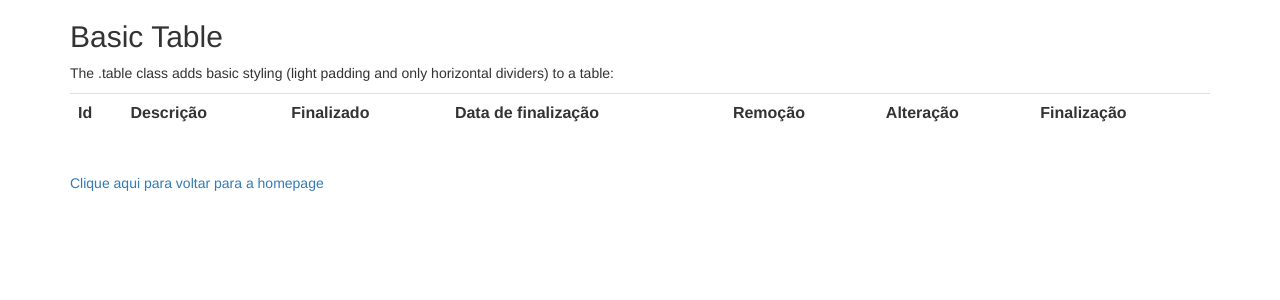
Repository: engcarlosrosa/ChatInsper
Page: http://localhost/handout15/listaTarefas
The author's editor kept a copy of each file at every save. The page is drawn from the files as they stood at one save, then again after the next save.
The browser window is 1280 px wide. The pictures show the whole page.
The page is served by Tomcat 9. Queries for data that is not in the repository find no rows.

Above is the page before, as saved 2016-10-25 21:19:48.

After the next save:
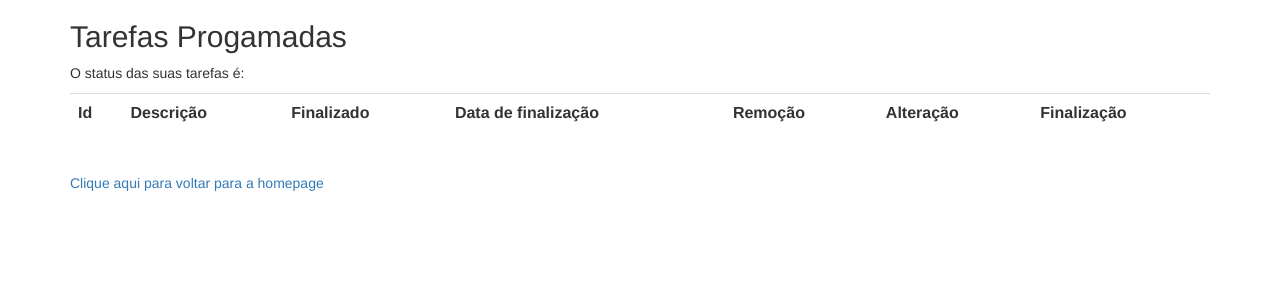
Saved 2 min 22 s later.
--- a/handout15/WebContent/WEB-INF/views/lista.jsp
+++ b/handout15/WebContent/WEB-INF/views/lista.jsp
@@ -14,8 +14,8 @@
 <body>
 
 <div class="container">
-  <h2>Basic Table</h2>
-  <p>The .table class adds basic styling (light padding and only horizontal dividers) to a table:</p>
+  <h2>Tarefas Progamadas</h2>
+  <p>O status das suas tarefas é:</p>
   <table class="table">
       <tr>
          <th>Id</th>
